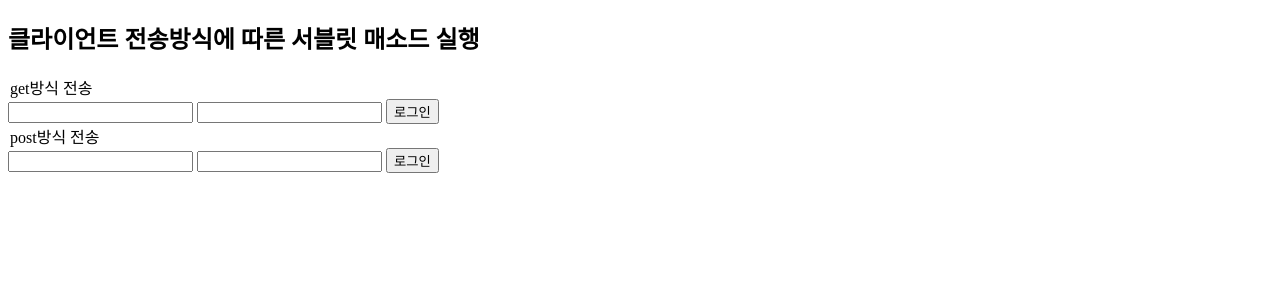
Repository: Jiwon-cho/WASPractice
Page: 02_servletdata/web/index.html
These files come from the project's save history. The page is drawn as it stood at one moment and after the next save; the edit follows.
The browser window is 1280 px wide. The pictures show the whole page.

Above is the page before, as saved 2021-04-30 08:01:27.

### 02_servletdata/web/index.html
<!DOCTYPE html>
<html>
<head>
<meta charset="UTF-8">
<title>Insert title here</title>
</head>
<body>
	<h2>클라이언트 전송방식에 따른 서블릿 매소드 실행</h2>
	<filedset>
		<legend>get방식 전송</legend>
		<form action="" method="get">
		<input type="text" name="userId">
		<input type="password" name="password">
		<input type="submit" value="로그인">
		</form>
	</filedset>
	<filedset>
		<legend>post방식 전송</legend>
		<form action="" method="post">
		<input type="text" name="userId">
		<input type="password" name="password">
		<input type="submit" value="로그인">
		</form>
	</filedset>
</body>
</html>

After the next save:
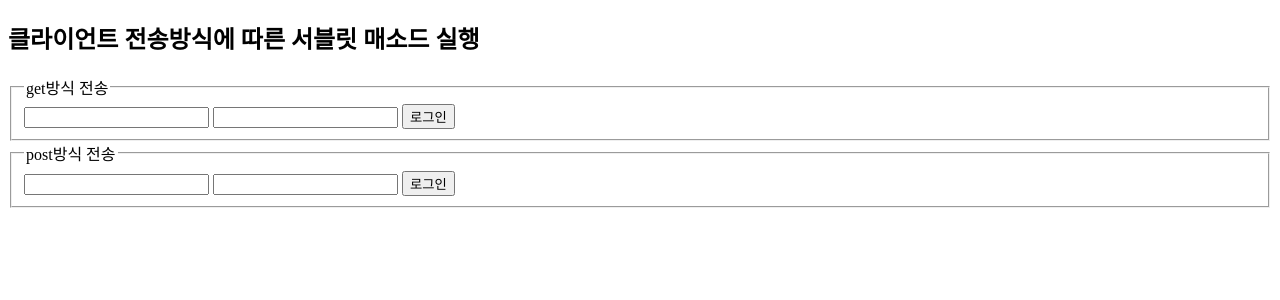
Saved 96 s later.
--- a/02_servletdata/web/index.html
+++ b/02_servletdata/web/index.html
@@ -6,21 +6,21 @@
 </head>
 <body>
 	<h2>클라이언트 전송방식에 따른 서블릿 매소드 실행</h2>
-	<filedset>
+	<fieldset>
 		<legend>get방식 전송</legend>
 		<form action="" method="get">
 		<input type="text" name="userId">
 		<input type="password" name="password">
 		<input type="submit" value="로그인">
 		</form>
-	</filedset>
-	<filedset>
+	</fieldset>
+	<fieldset>
 		<legend>post방식 전송</legend>
 		<form action="" method="post">
 		<input type="text" name="userId">
 		<input type="password" name="password">
 		<input type="submit" value="로그인">
 		</form>
-	</filedset>
+	</fieldset>
 </body>
 </html>
